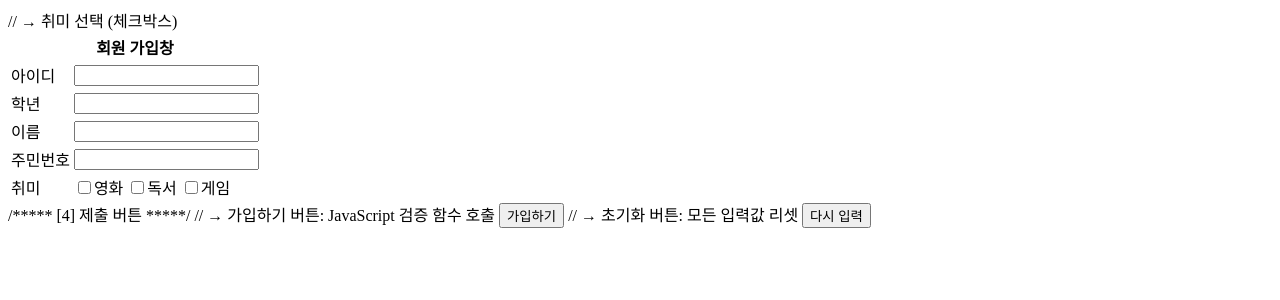
Repository: jrkim-kr/java-web-development
Page: http://localhost/test/WEB-INF/views/student/write.jsp
The author's editor kept a copy of each file at every save. The page is drawn from the files as they stood at one save, then again after the next save.
The browser window is 1280 px wide. The pictures show the whole page.
The page is served by Tomcat 9. Nobody is signed in. The template is opened directly, without the code that normally fills it, so the values that code supplies are empty.

Above is the page before, as saved 2024-12-03 07:36:14.

After the next save:
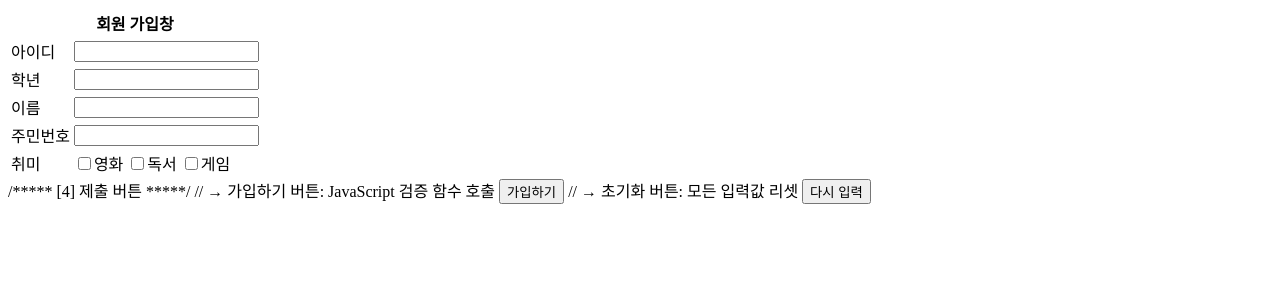
Saved 8 s later.
--- a/workspace_sts/test/src/main/webapp/WEB-INF/views/student/write.jsp
+++ b/workspace_sts/test/src/main/webapp/WEB-INF/views/student/write.jsp
@@ -65,7 +65,7 @@
            <td><input type="text" name="jumin"></td>
        </tr>
 
-       // → 취미 선택 (체크박스)
+       <!-- → 취미 선택 (체크박스) -->
        <tr>
            <td>취미</td>
            <td>
